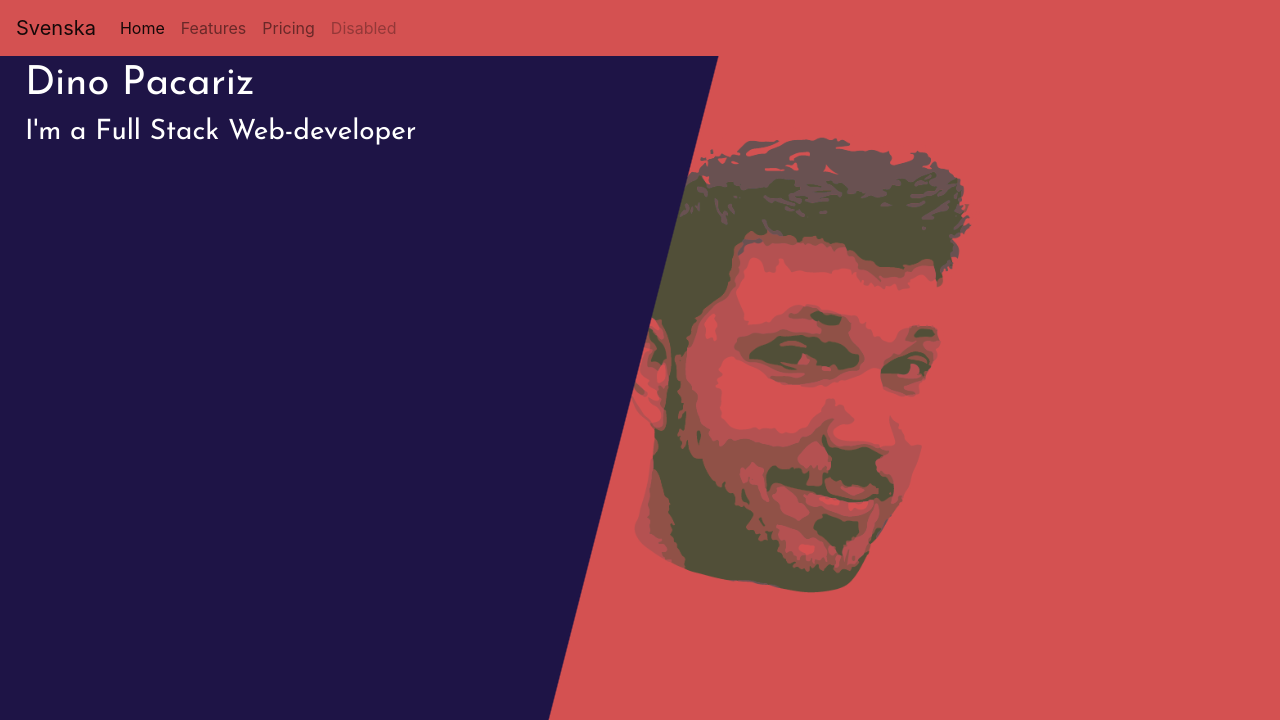
Repository: ImDino/Portfolio
Page: index.html
An editor plug-in stored every save of this project. The page is shown before and after the next save, followed by the edit.
The browser window is 1280 px wide. The pictures show the whole page.
Some web libraries are served in a nearby version. The style sheet was rebuilt from its Sass, Less or Tailwind sources for each picture, by a compiler version that may differ from the author's.

Above is the page before, as saved 2020-11-04 13:00:48.

### index.html
<!DOCTYPE html>
<html lang="en">
<head>
    <meta charset="UTF-8">
    <meta name="viewport" content="width=device-width, initial-scale=1.0">
    <link rel="stylesheet" href="https://cdn.jsdelivr.net/npm/bootstrap@4.5.3/dist/css/bootstrap.min.css" integrity="sha384-TX8t27EcRE3e/ihU7zmQxVncDAy5uIKz4rEkgIXeMed4M0jlfIDPvg6uqKI2xXr2" crossorigin="anonymous">
    <link href="https://fonts.googleapis.com/css2?family=Josefin+Sans&display=swap" rel="stylesheet">

    <script src="https://code.jquery.com/jquery-3.5.1.slim.min.js" integrity="sha384-DfXdz2htPH0lsSSs5nCTpuj/zy4C+OGpamoFVy38MVBnE+IbbVYUew+OrCXaRkfj" crossorigin="anonymous"></script>
    <script src="https://cdn.jsdelivr.net/npm/bootstrap@4.5.3/dist/js/bootstrap.bundle.min.js" integrity="sha384-ho+j7jyWK8fNQe+A12Hb8AhRq26LrZ/JpcUGGOn+Y7RsweNrtN/tE3MoK7ZeZDyx" crossorigin="anonymous"></script>
    <script src="https://cdnjs.cloudflare.com/ajax/libs/gsap/3.5.1/gsap.min.js"></script>
    <script src="/js/main.js"></script>


    <link rel="stylesheet" href="css/main.css">
    <title>Dino's Portfolio</title>
</head>
<body>
    <div id='pseudo-div'></div>
    <nav class="navbar navbar-expand-lg navbar-light bg-light">
        <!-- <a class="navbar-brand" href="#">Navbar</a> -->
        <a class="navbar-brand" id='lang' href="#">Svenska</a>
        <button class="navbar-toggler" type="button" data-toggle="collapse" data-target="#navbarNav" aria-controls="navbarNav" aria-expanded="false" aria-label="Toggle navigation">
          <span class="navbar-toggler-icon"></span>
        </button>
        <div class="collapse navbar-collapse" id="navbarNav">
          <ul class="navbar-nav">
            <li class="nav-item active">
              <a class="nav-link" href="#">Home <span class="sr-only">(current)</span></a>
            </li>
            <li class="nav-item">
              <a class="nav-link" href="#">Features</a>
            </li>
            <li class="nav-item">
              <a class="nav-link" href="#">Pricing</a>
            </li>
            <li class="nav-item">
              <a class="nav-link disabled" href="#" tabindex="-1" aria-disabled="true">Disabled</a>
            </li>
          </ul>
        </div>
    </nav>
    <div id='purple-div'>
        <div>
            <h1>Dino Pacariz</h1>
            <h3>I'm a Full Stack Web-developer</h3>
        </div>
    </div>
    <div id='face'>
    </div>
</body>
</html>

### js/main.js
document.addEventListener('DOMContentLoaded', () => {
    gsap.from("#purple-div", {duration: 1, x: -1000});
    gsap.from("#face", {duration: 1, opacity: 0});
    gsap.from("#face", {clearProps: 'all', duration: 1, x:100});
    TweenLite.from('#face', {y:20, ease:Linear.easeNone});





    // localStorage.clear()

    /*:::::::START:::::::::
    ::: Refresh Counter :::
    :::::::::::::::::::::*/

    if(localStorage.getItem('refreshCount') == null) {
        localStorage.setItem('refreshCount', 1);
    } else {
        let  localRefreshCount = localStorage.getItem('refreshCount')
        localRefreshCount++;
        localStorage.setItem('refreshCount', localRefreshCount);
    }
    if (parseInt(localStorage.getItem('refreshCount')) > 10) {
        localStorage.setItem('refreshCount', 1);
    }
    console.log('RefreshCount: '+localStorage.getItem('refreshCount'))


    /*::::::::END::::::::::
    ::: Refresh Counter :::
    :::::::::::::::::::::*/
})

### scss/main.scss


body {
    background-color: #D45151;
    color: white;
}

#pseudo-div {
    width: 100%;
    background-color: red;
}

.navbar {
    background-color: #D45151 !important;
    color: white;
}

#purple-div {
    padding-top: 60px;
    position: absolute;
    top: 0;
    bottom: 0;
    left: 0;
    right: 0;
    z-index: -1;
    background: linear-gradient(104.35deg, #1E1446 50%, rgba(255, 255, 255, 0) 50.1%);
    // display: grid;
    // place-content: center left;
    display: flex;
    justify-items: center;

    h1, h3 {
        margin-left: 25px;
        font-family: 'Josefin Sans', sans-serif;

    }
    h1 {
        // font-size: 2em;
    }
}

#face {
    position: fixed;
    top: 0;
    bottom: 0;
    left: 0;
    right: 0;
    margin-right: 300px;
    background: url('/img/vectorFace.png') no-repeat;
    background-color: #D45151;
    z-index: -2;
    background-blend-mode: darken;
    background-size: 50vh;
    background-position: right;
}



/* //TODO
1. Darkmode, ställa in särskilda färger IFALL man är i darkmode? UX baby.

*/

After the next save:
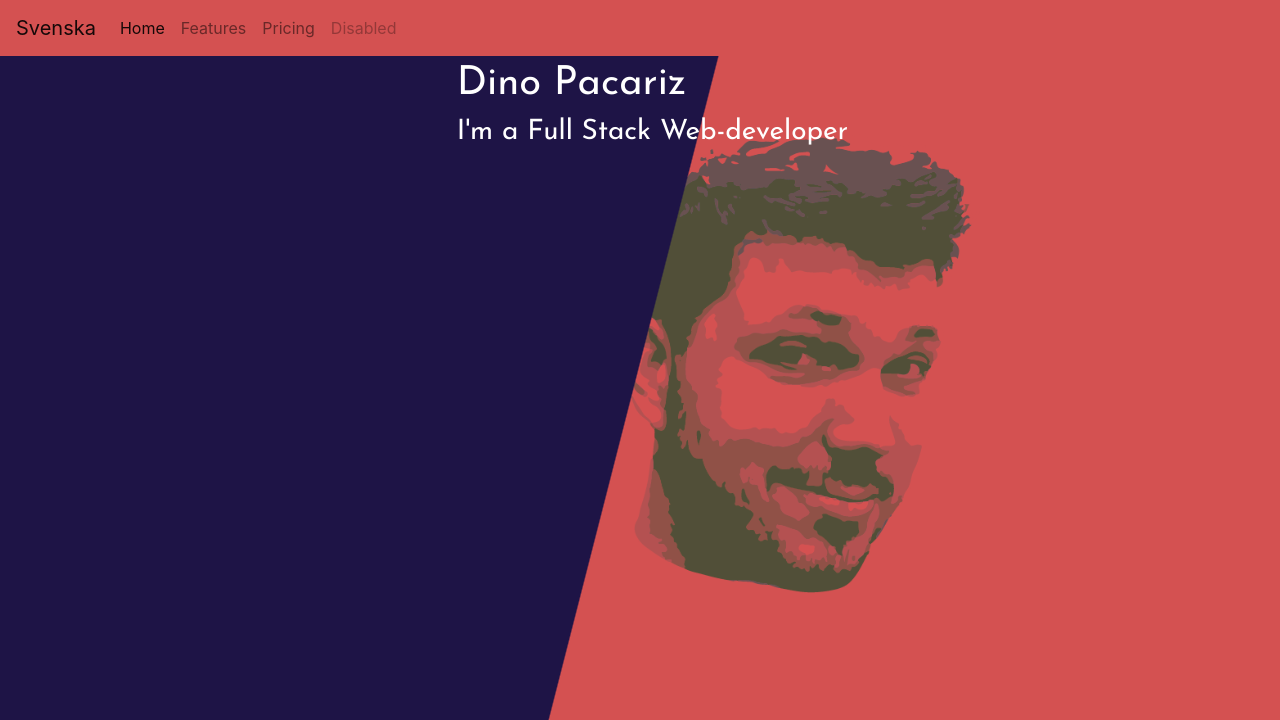
Saved 13 s later.
--- a/scss/main.scss
+++ b/scss/main.scss
@@ -27,7 +27,7 @@ body {
     // display: grid;
     // place-content: center left;
     display: flex;
-    justify-items: center;
+    justify-content: center;
 
     h1, h3 {
         margin-left: 25px;
